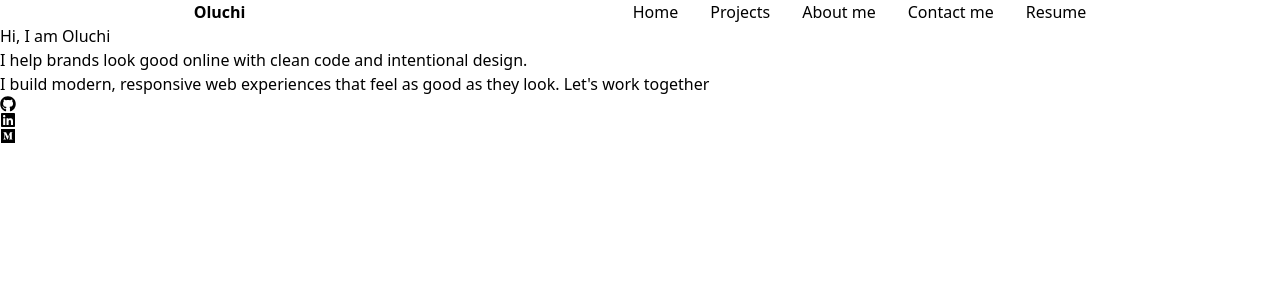
Repository: ooluchi/portfolio_
Page: / (app in my-react-app/)
These files come from the project's save history. The page is drawn as it stood at one moment and after a run of saves; the edit follows.
The browser window is 1280 px wide. The pictures show the whole page.
The project was rebuilt for these pictures with package versions that can differ from the ones it lists, and the page was loaded fresh each time. Also part of the build but not shown: my-react-app/vite.config.ts.

Above is the page before, as saved 2025-11-19 12:47:30.

### my-react-app/src/index.css
@import url("https://fonts.googleapis.com/css2?family=Kumbh+Sans:wght@100;200;300;400;500;600;700;800;900&display=swap");

@tailwind base;
@tailwind components;
@tailwind utilities;

* {
    margin: 0;
    padding: 0;
    box-sizing: border-box;
  }

### my-react-app/src/App.tsx


import './index.css'
import Home from './components/Home'
import NavBar from './components/NavBar'

export default function App() {

  return (
    <div className='dark'>
    <NavBar />
    <Home />
    </div>
  )
}

### my-react-app/src/components/Home.tsx
import { FaGithub, FaLinkedin, FaMedium } from "react-icons/fa";

import "../index.css";


export default function Home() {
  return (
    <div>

      <div>
        <h3>Hi, I am Oluchi</h3>
        <p>I help brands look good online with clean code and intentional design.</p>
        <p>I build modern, responsive web experiences that feel as good as they look. Let's work together</p>
      </div>
      <div>
        <a
          href="https://github.com/ooluchi"
          target="_blank"
          rel="noreferrer"
          aria-label="GitHub"
        >
          <FaGithub/>
        </a>
        <a
          href="https://github.com/ooluchi"
          target="_blank"
          rel="noreferrer"
          aria-label="LinkedIn"
        >
        <FaLinkedin />
        </a>

        <a
          href="https://medium.com/@ooluchiokoro"
          target="_blank"
          rel="noreferrer"
          aria-label="Medium"
        >
          <FaMedium />
        </a>

      </div>
    </div>
  )
}

### my-react-app/src/components/NavBar.tsx
import "../index.css";


export default function NavBar() {
  return (
    <nav>
      <div className="flex justify-around items-center">
        <h1 className="font-bold">Oluchi</h1>
        <div className="">

          <ul className=" flex flex-col lg:flex-row md:gap-8 list-none">
          <li className=""><a href="#">Home</a></li>
          <li className=""><a href="#">Projects</a></li>
          <li className=""><a href="#">About me</a></li>
          <li className=""><a href="#">Contact me</a></li>
          <li className=""><a href="#">Resume</a></li>
        </ul>
        </div>


      </div>

    </nav>
  )
}

Loaded but not shown: my-react-app/index.html (common file); my-react-app/src/main.tsx (common file); my-react-app/tailwind.config.js (common file)

After the next 3 saves:
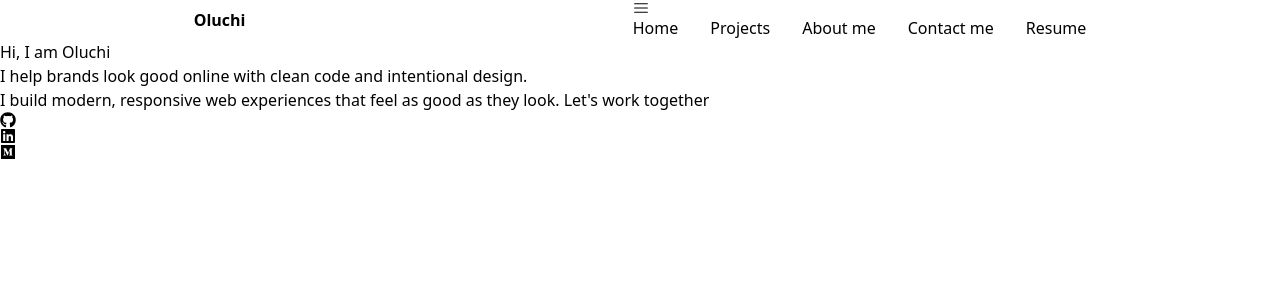
The 3 saves are shown as one change because they came seconds apart.
The last was saved 4 min 2 s later.
--- a/my-react-app/src/components/NavBar.tsx
+++ b/my-react-app/src/components/NavBar.tsx
@@ -1,3 +1,4 @@
+import { RxHamburgerMenu } from "react-icons/rx";
 import "../index.css";
 
 
@@ -7,7 +8,7 @@
       <div className="flex justify-around items-center">
         <h1 className="font-bold">Oluchi</h1>
         <div className="">
-
+          <RxHamburgerMenu />
           <ul className=" flex flex-col lg:flex-row md:gap-8 list-none">
           <li className=""><a href="#">Home</a></li>
           <li className=""><a href="#">Projects</a></li>
